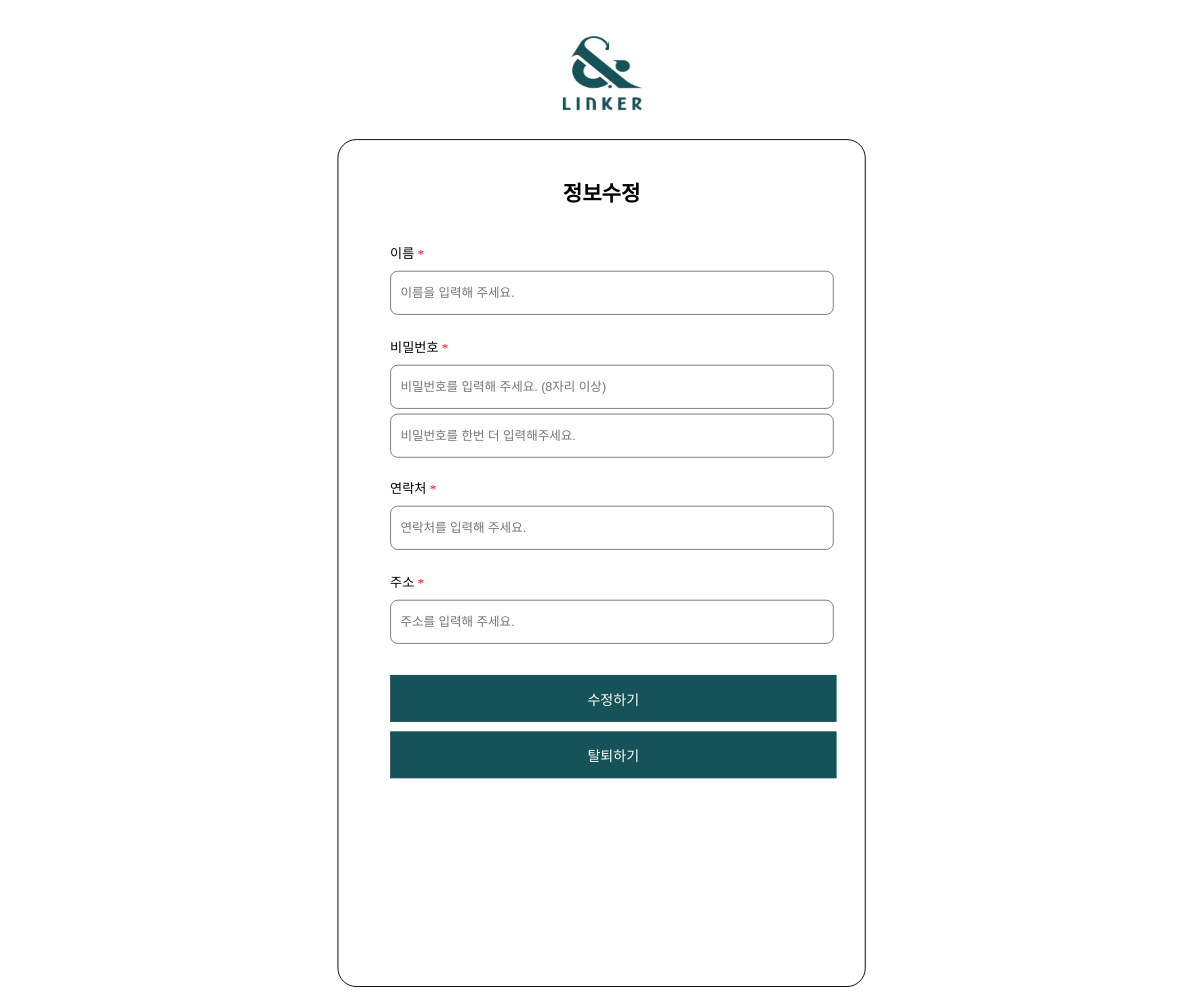
Repository: soomseting/let_me_go
Page: http://localhost/LINKER_re/jsp/main/user_update.jsp
The author's editor kept a copy of each file at every save. The page is drawn from the files as they stood at one save, then again after a run of saves.
The browser window is 1280 px wide. The pictures show the whole page, at 94% of full size.
The page is served by Tomcat 9. Other server files are loaded and not shown.

Above is the page before, as saved 2025-03-24 05:53:16.
Console error: TypeError: Cannot set properties of null (setting 'onclick')

### LINKER_re/src/main/webapp/jsp/main/user_update.jsp
<%@ page language="java" contentType="text/html; charset=UTF-8"
    pageEncoding="UTF-8"%>
<!DOCTYPE html>
<html lang="en">

<head>
    <meta charset="UTF-8">
    <meta name="viewport" content="width=device-width, initial-scale=1.0">
    <title>Document</title>
    <link rel="stylesheet" href="../../css/sign_up.css">
    <script src="https://ajax.googleapis.com/ajax/libs/jquery/3.3.1/jquery.min.js"></script>
    <script src="../../js/jquery-3.7.1.js"></script>
    <script src="../../js/script.js"></script>
</head>

<body>
    <section>
        <div class="sign_up_logo">
            <img src="../../img/logo.png" alt="logo">
        </div>
        <div class="sign_up_content">
            <div class="su_title">
                <h1>정보수정</h1>
            </div>
            <form action="/LINKER/jsp/main/update.jsp.users">
            <div class="su_con_wrap">
                <div class="su_con_box">
                    <div class="su_ct">이름<span> *</span></div>
                    <div class="su_input"><input type="text" name="user_name" placeholder="이름을 입력해 주세요."></div>
                </div>
                <div class="su_con_box">
                    <div class="su_ct">비밀번호<span> *</span></div>
                    <div class="su_input"><input type="password" name="password" placeholder="비밀번호를 입력해 주세요. (8자리 이상)"></div>
                    <div class="su_input"><input type="password" placeholder="비밀번호를 한번 더 입력해주세요."></div>
                </div>
                <div class="su_con_box su_con_one">
                    <div class="su_ct">연락처<span> *</span></div>
                    <div class="su_input"><input type="text" name="phone" placeholder="연락처를 입력해 주세요."></div>
                </div>
                <div class="su_con_box su_con_thr">
                    <div class="su_ct">주소<span> *</span></div>
                    <div class="su_input"><input type="text" name="user_address" placeholder="주소를 입력해 주세요."></div>
                </div>
                <div class="su_con_box su_con_for">
                    <div class="su_input sui1"><button type="submit" name="action" value="update">수정하기</button></div>
                    <div class="su_input sui2"><button type="submit" name="action" value="delete">탈퇴하기</button></div>
                </div>
            </div>
            </form>
        </div>
    </section>
</body>

</html>

### LINKER_re/src/main/webapp/css/sign_up.css
/*sign_up*/
.sign_up_logo{width: 250px;height: 140px;margin: 0 auto;}
.sign_up_logo img{width: 250px;height: 140px;}

.sign_up_content{width: 560px;height: 900px;border: 1px solid black; margin: 0 auto; border-radius: 20px;}

.su_title{font-weight: bold;font-family: Arial, Helvetica, sans-serif; padding: 20px 50px;text-align: center; font-size: 15px;}

.su_con_wrap{width: 560px;height: 800px;}
.su_con_box{width: 450px;height: 100px;margin: 0 auto;}
.su_ct{font-size: 14px; margin-bottom: 10px;}
.su_ct span{color: red;}
.su_input input{width: 450px;height: 45px; border-radius: 8px; border: 1px solid #777;margin-bottom: 5px;}
.su_input input[placeholder]{padding: 0 10px;}
.su_con_one{margin-top: 50px;}
/* .su_con_for{margin-top: 15px;} */
.su_con_for button{width: 475px;height: 50px; margin-top: 10px; background: #165358; color: #fff;font-size: 15px;transition: 0.3s;border: none;}
.su_con_for>.sui1:hover input{background: #518682; transition: 0.3s;border: none;cursor: pointer;}
.su_con_for>.sui2:hover input{background: #518682; transition: 0.3s;border: none;cursor: pointer;}

#sign_up_agree{font-size: 10px;margin-bottom: 10px;color: rgb(154, 155, 167);}

.su_flex{display: flex; align-items: center;}
.su_flex input{width: 20px;height: 20px;}

### LINKER_re/src/main/webapp/js/script.js
$(document).ready(function () {

        //main_img_slide
        var img= $("#slide div");
        var cnt=0;
        var max=img.length-1;
        setInterval(next ,3000);

        function next(){
            if(img.is(":animated")) return false;
            $(img[cnt]).animate({"left":"-100%"}).siblings().css({"left":"100%"});
            cnt++;
            if(cnt>max) cnt=0;
            $(img[cnt]).animate({"left":0});
            }

        //sign_in_popup
        function open(){
            $('#pop').css({"display":"block"});

            $('#semi_wrap').css({"position":"sticky"});
            $('section').css({"margin-top":"0"});
        }
        $(".sign_in").on("click",open);
        function close(){
            $('#pop').css({"display":"none"});
            $('#semi_wrap').css({"position":"fixed"});
            $('section').css({"margin-top":"101px"});
        }
        $("#close").on("click",close);

        $('input[type="checkbox"][name="user_category"]').click(function(){

            if($(this).prop('checked')){
               $('input[type="checkbox"][name="user_category"]').prop('checked',false);
               $(this).prop('checked',true);
              }
        });

        /*product_detail*/
        var detail_main = document.querySelector(".detail_main img");
        var detail_sub = document.querySelector(".detail_sub");

        // var ping = document.querySelectorAll(".de_sub img");

        detail_sub.onclick = function(e){
            // console.log(event.target);
            if(e.target.getName == "DIV"){
                return;
            }
            detail_main.src = e.target.src;
        }
        // ping.onclick = function(){
        //     if(ping.classList.contains("pr_ping")){
        //         ping.style.width = "50px";
        //         ping.style.height = "50px";
        //         ping.style.border = "5px solid black";
        //     }else{
        //         ping.style.width = "50px";
        //         ping.style.height = "50px";
        //         ping.style.border = "none";
        //     }
        //     ping.classList.toggle("pr_ping");
        // }
});

Loaded but not shown: LINKER_re/src/main/webapp/js/jquery-3.7.1.js (library)

After the next 2 saves:
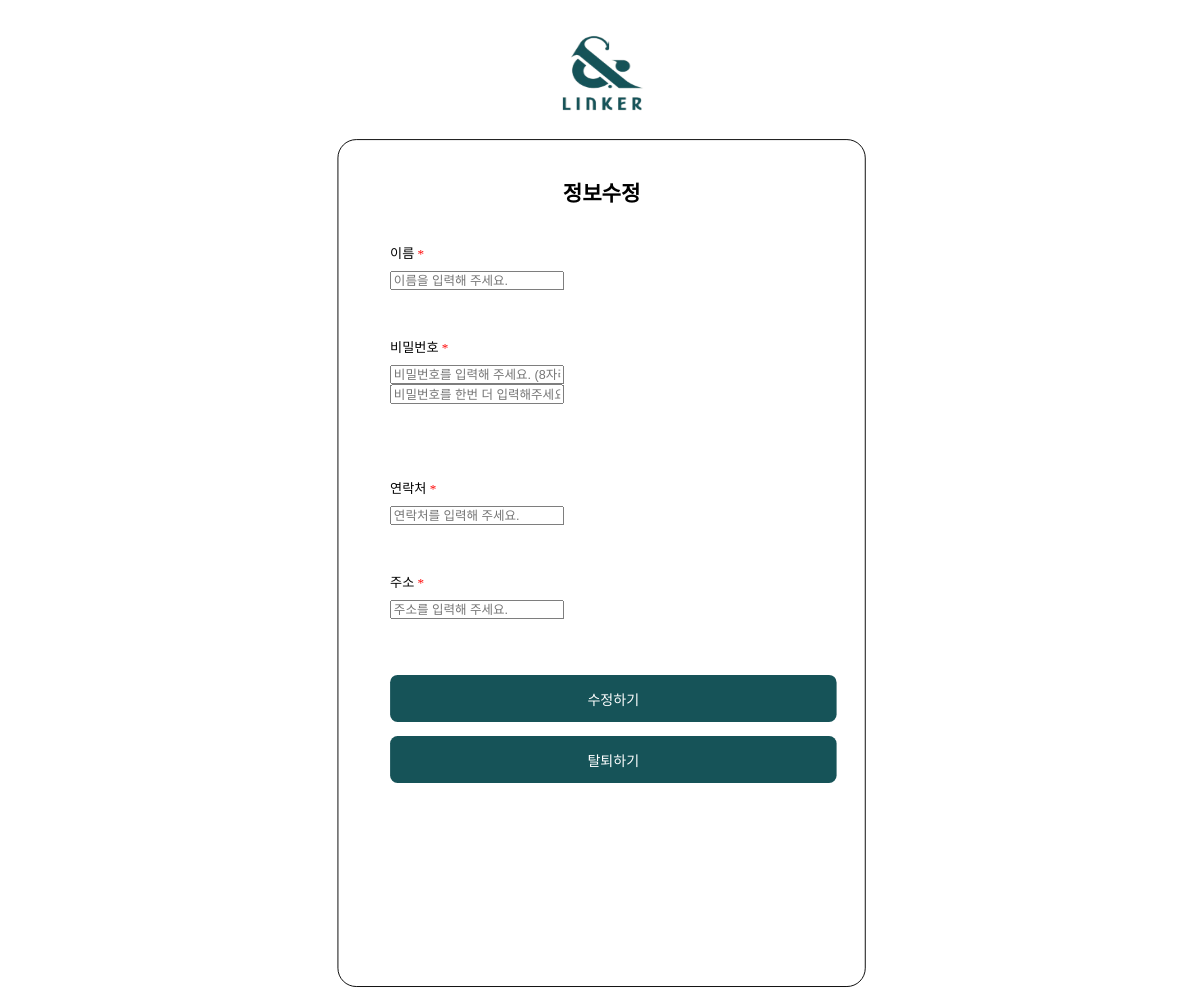
The 2 saves are shown as one change because they came seconds apart.
The last was saved 7 s later.
--- a/LINKER_re/src/main/webapp/css/sign_up.css
+++ b/LINKER_re/src/main/webapp/css/sign_up.css
@@ -10,8 +10,8 @@
 .su_con_box{width: 450px;height: 100px;margin: 0 auto;}
 .su_ct{font-size: 14px; margin-bottom: 10px;}
 .su_ct span{color: red;}
-.su_input input{width: 450px;height: 45px; border-radius: 8px; border: 1px solid #777;margin-bottom: 5px;}
-.su_input input[placeholder]{padding: 0 10px;}
+.su_input button{width: 450px;height: 45px; border-radius: 8px; border: 1px solid #777;margin-bottom: 5px;}
+.su_input button[placeholder]{padding: 0 10px;}
 .su_con_one{margin-top: 50px;}
 /* .su_con_for{margin-top: 15px;} */
 .su_con_for button{width: 475px;height: 50px; margin-top: 10px; background: #165358; color: #fff;font-size: 15px;transition: 0.3s;border: none;}
